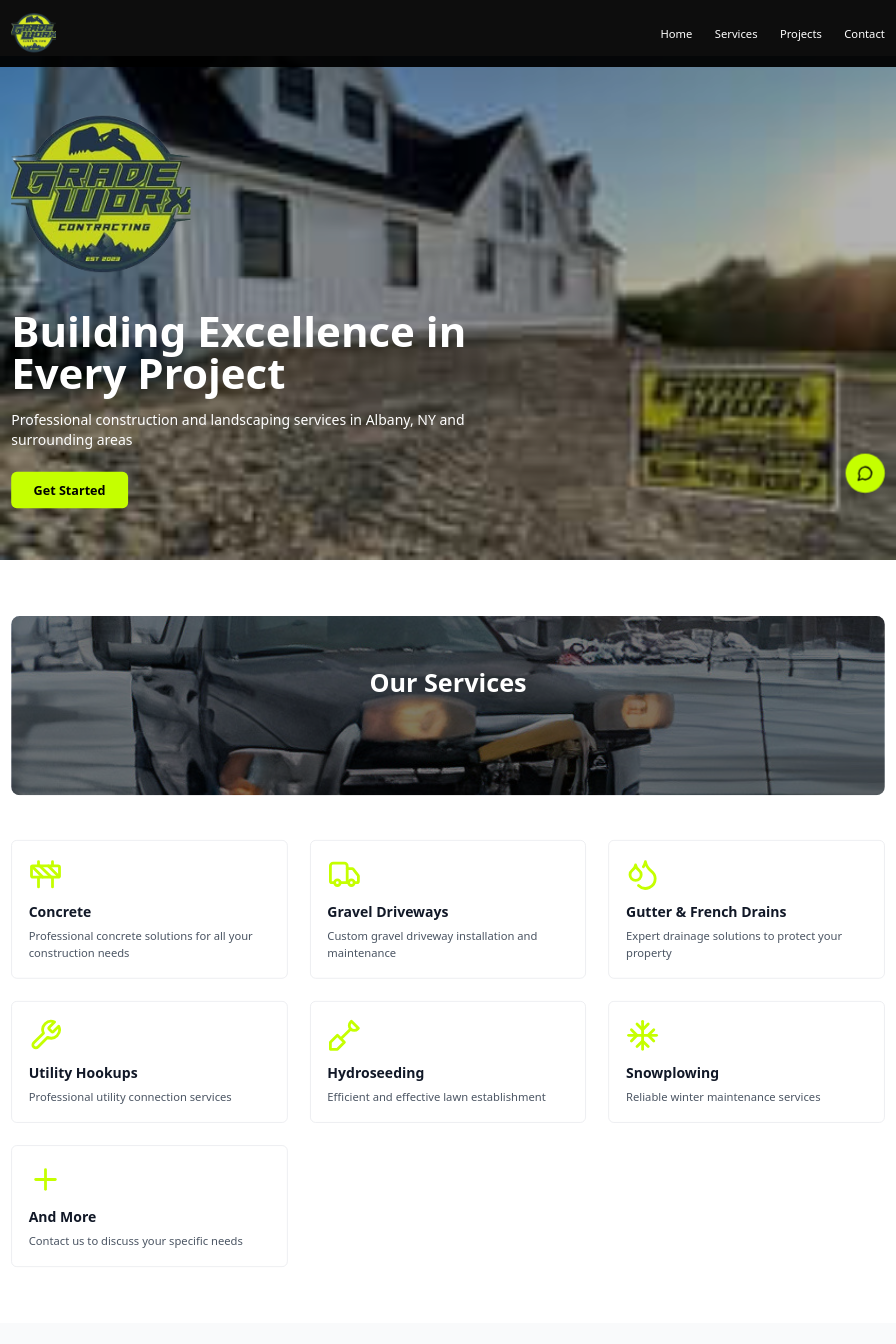
Repository: gabe126679/GradeWorx
Page: /
An editor plug-in stored every save of this project. The page is shown before and after the next save, followed by the edit.
The browser window is 1280 px wide. The pictures show the part of the page from y = 0 to 1920 px (the page is 3566 px tall), at 70% of full size.
The project was rebuilt for these pictures with package versions that can differ from the ones it lists, and the page was loaded fresh each time. Also part of the build but not shown: vite.config.ts.

Above is the page before, as saved 2024-12-16 00:03:26.

After the next save:
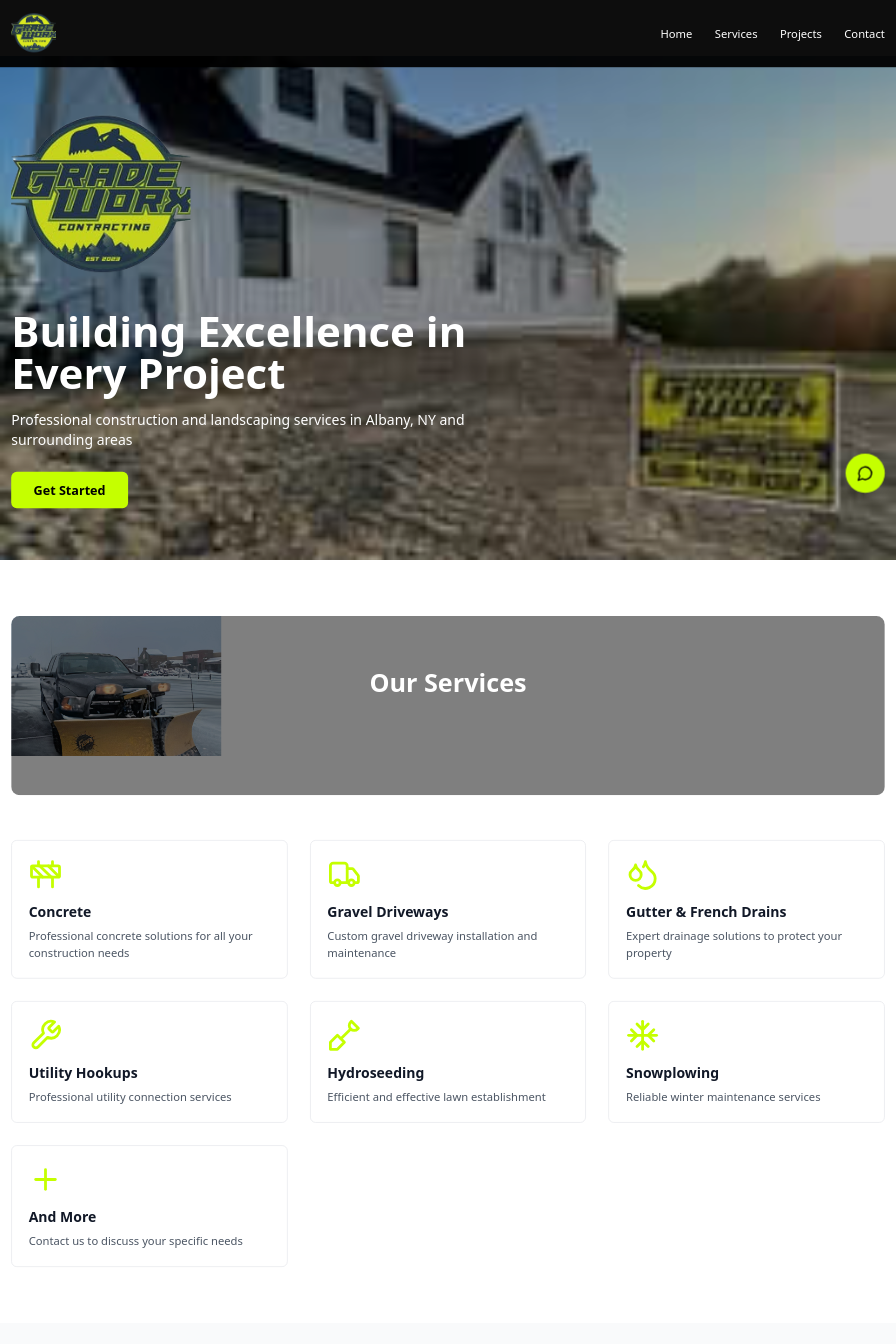
Saved 51 s later.
--- a/src/pages/Services.tsx
+++ b/src/pages/Services.tsx
@@ -11,6 +11,7 @@
           src="/images/service1.jpg"
           alt="Our Services"
           className="w-full h-full object-cover"
+          style={{ width: '300px', height: '200px', objectFit: 'cover' }}
         />
         <div className="absolute inset-0 bg-black/50 flex items-center justify-center">
           <SectionTitle className="text-white mb-0">Our Services</SectionTitle>
